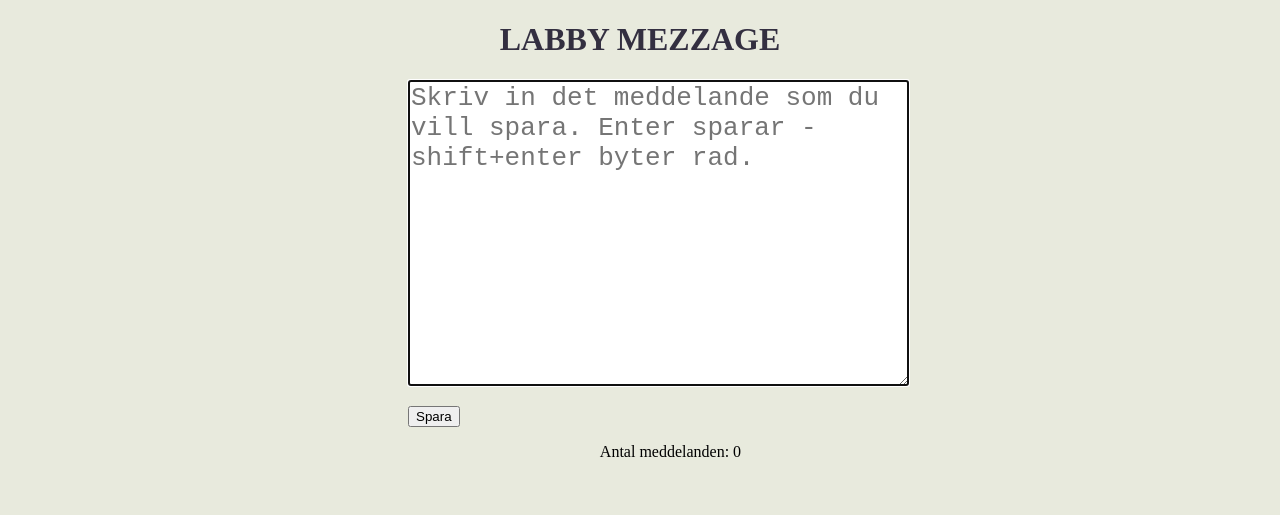
Repository: em222mt/1dv403-laborationer
Page: 2-labbymezzage/Index.html
The author's editor kept a record of every edit. The page is drawn from the files as they stood at one moment, then again after the next edit.
The browser window is 1280 px wide. The pictures show the whole page.

Above is the page before.

### 2-labbymezzage/Index.html
<!DOCTYPE html>
<html lang="sv">
<head>
	<meta charset="UTF-8" />
 	<title>Labby Mezzage</title>
    <link rel="stylesheet" href="css/style.css">
</head>
    <body>
        <header>
            <h1>LABBY MEZZAGE</h1>
        </header>

        <main>
            <div id="container">
                <section id="mainsection">
            		<form action="post" name="form">
                        <textarea id="formtext" cols="30" rows="10"></textarea>
                        <p id="value"></p>
                        <input id="send" type="button" value="Spara" />
                    </form>
                </section>
            </div>

            <div id="container2">
                <aside id="messagearea">

                </aside>
            </div>
            <div id="counterDiv">
                <p id="counter"></p>
            </div>
        </main>

    	<script src="js/Message.js"></script>
    	<script src="js/MessageBoard.js"></script>

    </body>
</html>

### 2-labbymezzage/css/style.css
/*Layout*/

article, aside, details, figcaption, figure,
footer, header, hgroup, main, menu, nav{

    background-color: #E8EADD;
}

/*Container*/

h1 {
    /*font-weight: bold;*/

    text-align: center;
    color: #332F40;
    /*font-size: 6em;*/
    font-family: Pacifico, cursive;
    /*font-family: 'Lobster', cursive;*/
    /*font-family: Comic Sans, Comic Sans MS, cursive;*/
    /*text-decoration: uppercase;*/
}

body{
    background-color: #E8EADD;
}

#messagearea {
    float: left;
    background-color: white;
    width: 450px;
    min-height: 300px auto;

}

form{
    max-width: 50%;
}
#mainsection{
    max-width: 50%;
    margin: 0px 0px 0px 400px;
}
#container{
    float: left;
    width: 50%;
    height: 100%;
}
#container2{
    float: left;
    width: 50%;
}

#formtext{
    font-size: 2em;
}

.messageContainer{
    width: 98%;
    float: left;
    background-color: #A8C4B4;
    border: 1px solid black;
    margin: 3px 3px 3px 3px;
}

.textContainer{
    width: 85%;
    float: left;
    font-size: 1.2em;
}

.time{
    text-indent: 13px;
}

.detailsContainer{
    width: 15%;
    float: left;
    text-indent: 8px;
    font-size: 0.8em;
    margin-top: 10px;
}
.input{
    max-width: 85%;
    word-break: break-all;
    margin-left: 10px;
}

img{
    margin-right: 5px;
    width:24px;
    height:24px;
}

#counterDiv{
    float: right;
    margin-right: 42%;
}

### 2-labbymezzage/js/Message.js
'use strict';
// Konstruktorfunktion för att skapa ett meddelandeobjekt.
function Message(message, date){

    this.getText = function(){
        return message;
    };

    this.setText = function(_text){
        message = _text;
    };

    this.getDate = function(){
        return date;
    };

    this.setDate = function(_date){
        date = _date;
    };
}
// Hämtar texten och ersätter </br> med \n.
Message.prototype.getHTMLText = function(){
    return this.getText().replace(/[\n\r]/g, "</br>");
};
// Hämtar tiden då ett meddelande skrevs...
Message.prototype.getDateText = function(){
    var now = this.getDate();
    var seconds = now.getSeconds();
    var minutes = now.getMinutes();
    var hours = now.getHours();
    //...och returnerar en formaterad sträng då sekunder och minuter är mindre än 10.
    return hours + ":" + (minutes < 10 ? '0' : '') + minutes + ":" + (seconds < 10 ? '0' : '') + seconds;

};
// Hämtar en tidsstämpel med datum och tid.
Message.prototype.getTimeDetails = function(){
    var date = this.getDate();
    var day = date.getDate();
    var month = date.getMonth();
    var year = date.getFullYear();

    return "Postat den " + year + "/" + (month + 1) + "/" + day + " " + this.getDateText();
};

### 2-labbymezzage/js/MessageBoard.js
'use strict';

var MessageBoard = {
    // Variabel för meddelanden
    messages: [],

    init: function(){
        // Anropar count och sätter räknaren till 0.
        MessageBoard.countMessages();
        // Skapar ett meddelande då Spara-knappen klickas.
        var submit = document.getElementById("send");
        submit.onclick = MessageBoard.createMessage;
        // Förklarar sidan funktion för användaren.
        var textBox = document.getElementById("formtext");
        textBox.placeholder = "Skriv in det meddelande som du vill spara. Enter sparar - shift+enter byter rad.";
        // Sätter en blinkande markör i textarean.
        textBox.focus();
        // Skapar ett meddelande då entertangenten trycks.
        textBox.onkeypress = function(e){
		if(!e){ e=window.event; }
		    if(e.keyCode == 13 && !e.shiftKey){
		        e.preventDefault();
		        MessageBoard.createMessage();
		    }
        };
    },
    // Skapar ett meddelandeobjekt om inte rutan är tom.
    createMessage: function(){
        if (document.getElementById("formtext").value === "") {
            return false;
        }
        var input = document.getElementById("formtext");
        MessageBoard.messages.push( new Message(input.value, new Date()) );
        MessageBoard.renderMessages();
    },

    // Rendera alla meddelanden
    renderMessages: function(){
        //Tar bort alla meddelanden och skriver ut dom igen.
        document.getElementById("messagearea").innerHTML = "";
        for (var i = 0; i < MessageBoard.messages.length; ++i){
        MessageBoard.renderMessage(i);
        }
        //Tömmer meddelanderutan och sätter en blinkande markör.
        document.form.formtext.value = "";
        document.form.formtext.focus();
    },
    // Skriver ut ett meddelande och skapar en struktur för style.css.
    renderMessage: function(messageID){

        var input = document.createElement("p");
        input.className = "input";
        input.innerHTML = MessageBoard.messages[messageID].getHTMLText();

        var textContainer = document.createElement("div");
        textContainer.className = ("textContainer");
        textContainer.appendChild(input);

        var time = document.createElement("p");
        time.className = "time";
        time.innerHTML = MessageBoard.messages[messageID].getDateText();

		var imageClock = document.createElement("a");
		imageClock.setAttribute("href", "#");
		imageClock.innerHTML = '<img src="pics/clock.png" title="Se när meddelandet skapades." alt="Clock" />';

		var imageRemove = document.createElement("a");
		imageRemove.setAttribute("href", "#");
		imageRemove.innerHTML = '<img src="pics/delete.png" title="Ta bort det här meddelandet." alt="Delete" />';

        var detailsContainer = document.createElement("div");
        detailsContainer.className = "detailsContainer";
		detailsContainer.appendChild(imageClock);
		detailsContainer.appendChild(imageRemove);
		detailsContainer.appendChild(time);

        var messageContainer = document.createElement("div");
        messageContainer.className = "messageContainer";
        messageContainer.appendChild(textContainer);
        messageContainer.appendChild(detailsContainer);

		var container = document.getElementById("messagearea");
		container.appendChild(messageContainer);

		MessageBoard.countMessages();

		// Gör bilderna klickbara.
		imageRemove.onclick = function(){
		    if (window.confirm("Vill du ta bort detta meddelande?")){
		    MessageBoard.removeMessage(messageID);
		    }
		};

		imageClock.onclick = function(){
		  MessageBoard.getTimestamp(messageID);
		};
    },
    // Raderar ett meddelande och sätter räknaren rätt.
    removeMessage: function(messageID){
        MessageBoard.messages.splice(messageID, 1);

        MessageBoard.countMessages();

        MessageBoard.renderMessages();
    },
    // Hämtar den exakt tiden då meddelandet skapades och visar det för användaren i en alertruta.
    getTimestamp: function(messageID){
        alert(MessageBoard.messages[messageID].getTimeDetails());
    },

    // Sätter räknare för antalet meddelanden.
    countMessages: function(){
        var counter = document.getElementById("counter");
        counter.innerHTML = "Antal meddelanden: " + MessageBoard.messages.length;
    }

};
// Kör scripten då sidan är färdigladdad.
window.onload = MessageBoard.init;

After the next edit:
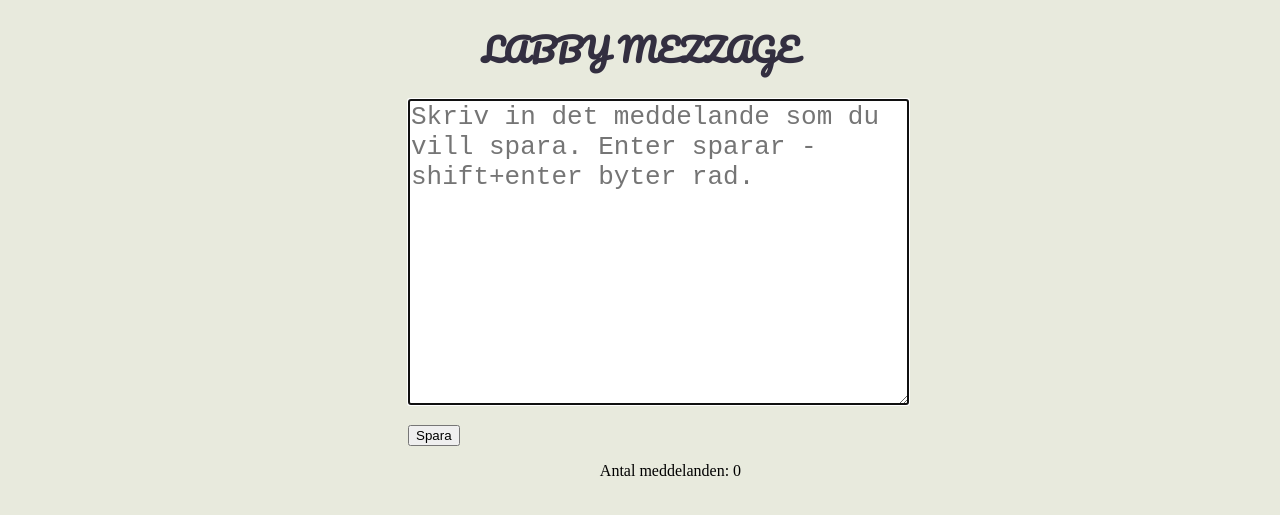
The edit:
--- a/2-labbymezzage/css/style.css
+++ b/2-labbymezzage/css/style.css
@@ -1,4 +1,5 @@
 /*Layout*/
+ @import url(http://fonts.googleapis.com/css?family=Pacifico);
 
 article, aside, details, figcaption, figure,
 footer, header, hgroup, main, menu, nav{
